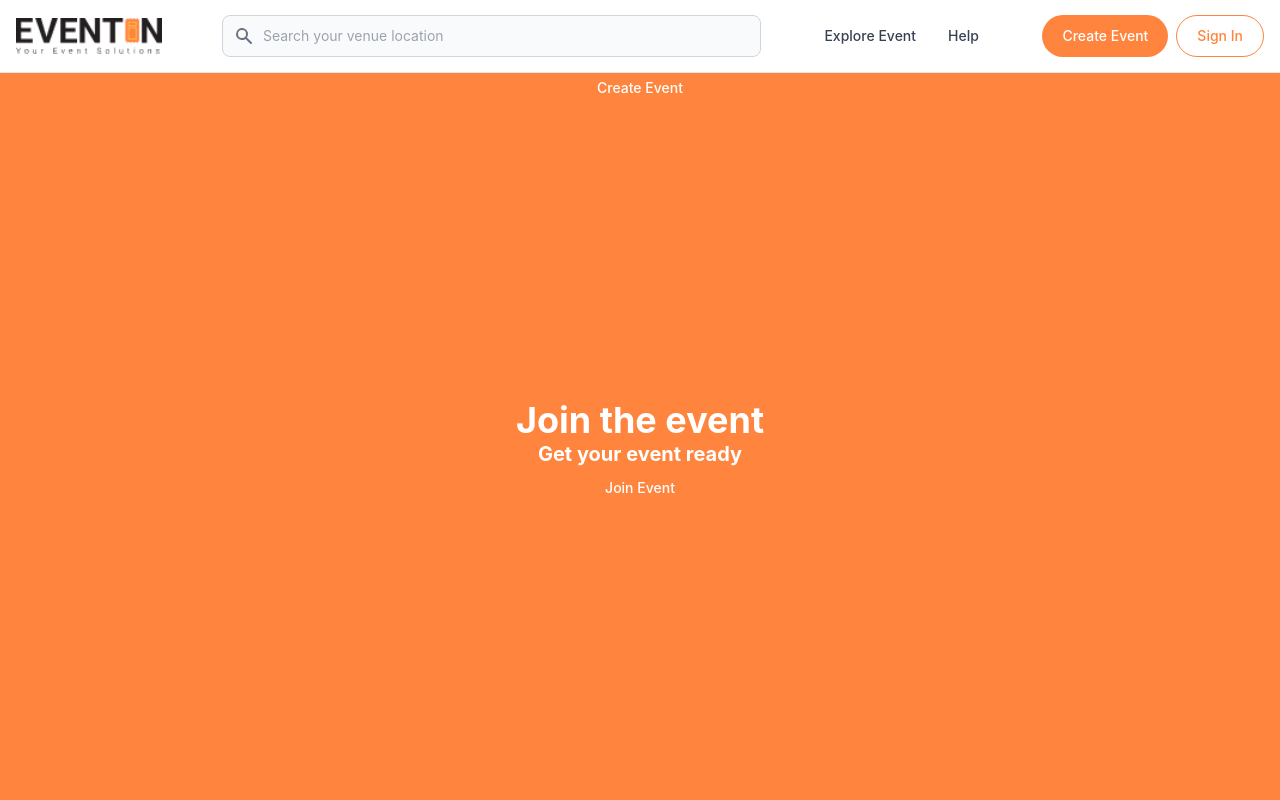
Repository: farrelmuhammad/eventon-indobild
Page: /
These files come from the project's save history. The page is drawn as it stood at one moment and after the next save; the edit follows.
The browser window is 1280 px wide. The pictures show the whole page.
The project was rebuilt for these pictures with package versions that can differ from the ones it lists, and the page was loaded fresh each time. Also part of the build but not shown: src/App.css.

Above is the page before, as saved 2023-02-07 16:06:28.

After the next save:
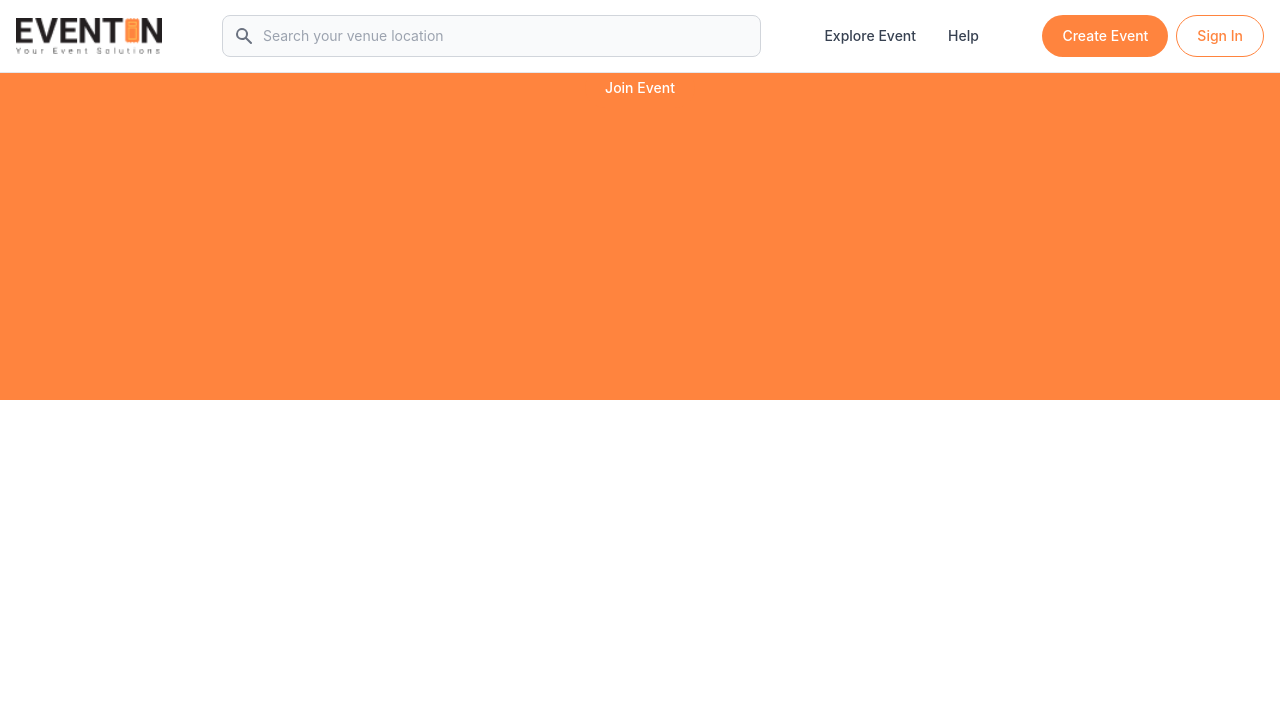
Saved 9 s later.
--- a/src/components/Banner.jsx
+++ b/src/components/Banner.jsx
@@ -3,7 +3,7 @@
 const Banner = () => {
     return (
         <>
-            <div class="bg-[#FF843E] h-[400px]">
+            {/* <div class="bg-[#FF843E] h-[400px]">
                 <div class="container mx-auto">
                     <div class="flex flex-col items-center justify-center h-full">
                         <h1 class="text-4xl font-bold text-white">Create your event</h1>
@@ -11,7 +11,7 @@
                         <button type="button" class="text-white bg-[#FF843E] hover:bg-[#e47737] focus:ring-4 focus:outline-none focus:ring-blue-300 font-medium rounded-full text-sm px-5 py-2.5 text-center mr-3 md:mr-0">Create Event</button>
                     </div>
                 </div>
-            </div>
+            </div> */}
             <div class="bg-[#FF843E] h-[400px]">
                 <div class="container mx-auto">
                     <div class="flex flex-col items-center justify-center h-full">

After the save that followed:
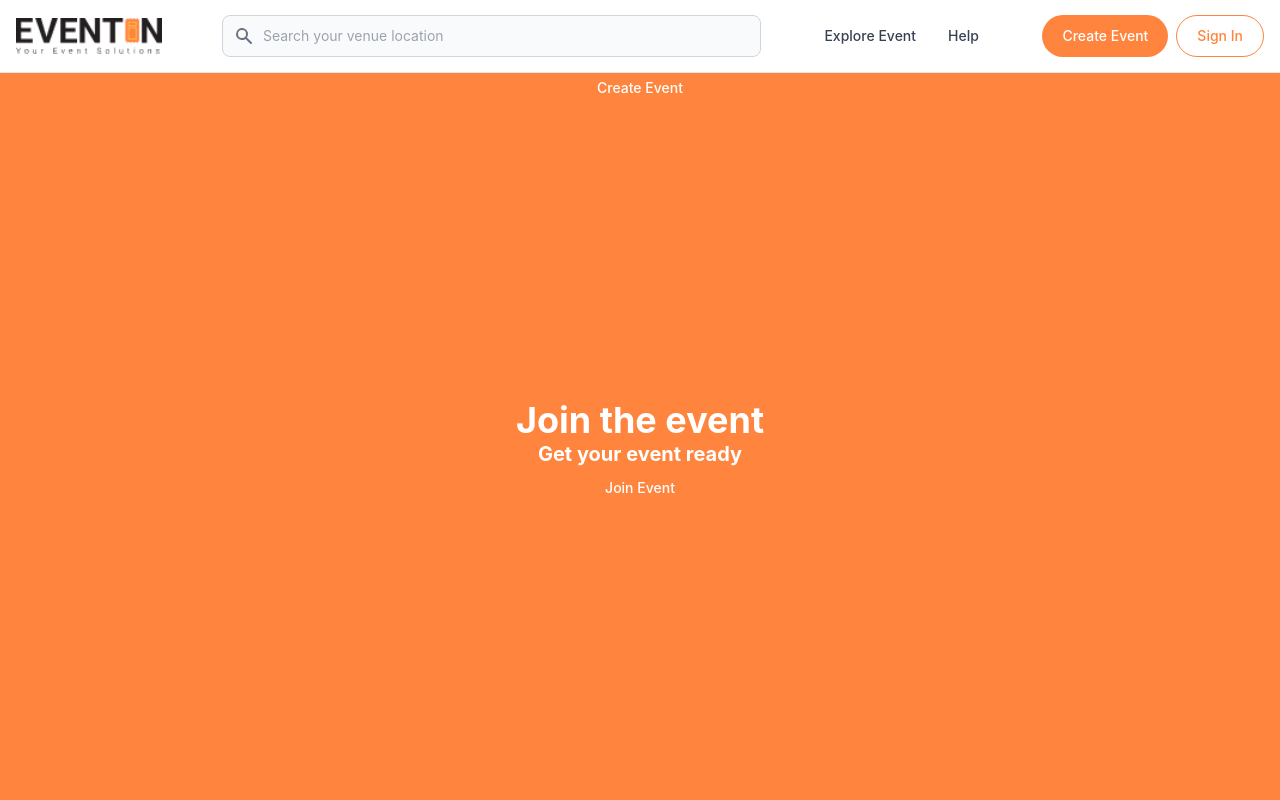
Saved 6 s later.
--- a/src/components/Banner.jsx
+++ b/src/components/Banner.jsx
@@ -3,7 +3,7 @@
 const Banner = () => {
     return (
         <>
-            {/* <div class="bg-[#FF843E] h-[400px]">
+            <div class="bg-[#FF843E] h-[400px]">
                 <div class="container mx-auto">
                     <div class="flex flex-col items-center justify-center h-full">
                         <h1 class="text-4xl font-bold text-white">Create your event</h1>
@@ -11,7 +11,7 @@
                         <button type="button" class="text-white bg-[#FF843E] hover:bg-[#e47737] focus:ring-4 focus:outline-none focus:ring-blue-300 font-medium rounded-full text-sm px-5 py-2.5 text-center mr-3 md:mr-0">Create Event</button>
                     </div>
                 </div>
-            </div> */}
+            </div>
             <div class="bg-[#FF843E] h-[400px]">
                 <div class="container mx-auto">
                     <div class="flex flex-col items-center justify-center h-full">
